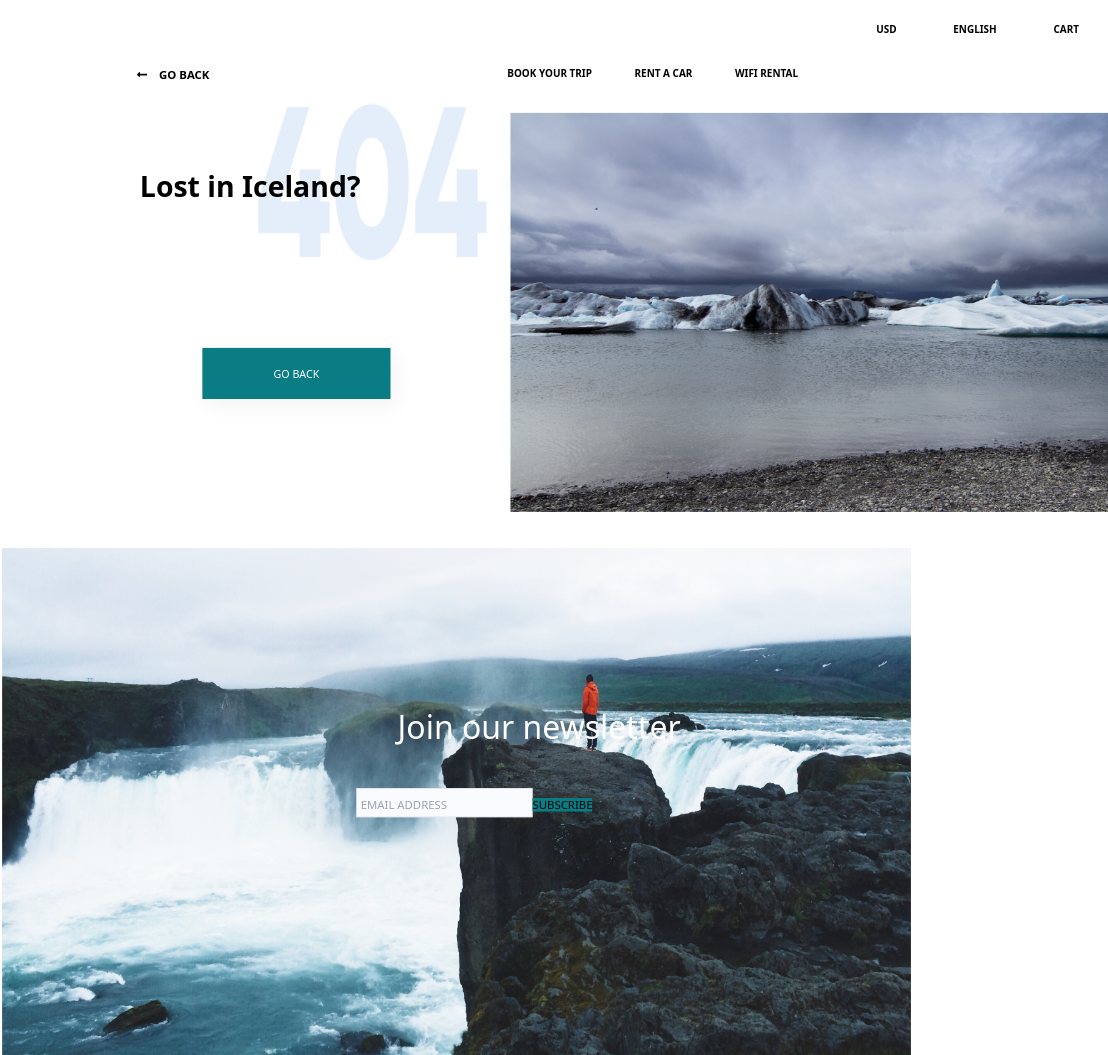
Repository: uh-sman/Iceland
Page: /
The author's editor kept a copy of each file at every save. The page is drawn from the files as they stood at one save, then again after the next save.
The browser window is 1280 px wide. The page is 1561 px wide, so the pictures cover 1561 px, including what lies to the right of the window. The pictures show the whole page, at 71% of full size.
The project was rebuilt for these pictures with package versions that can differ from the ones it lists, and the page was loaded fresh each time.

Above is the page before, as saved 2022-09-08 23:09:11.

After the next save:
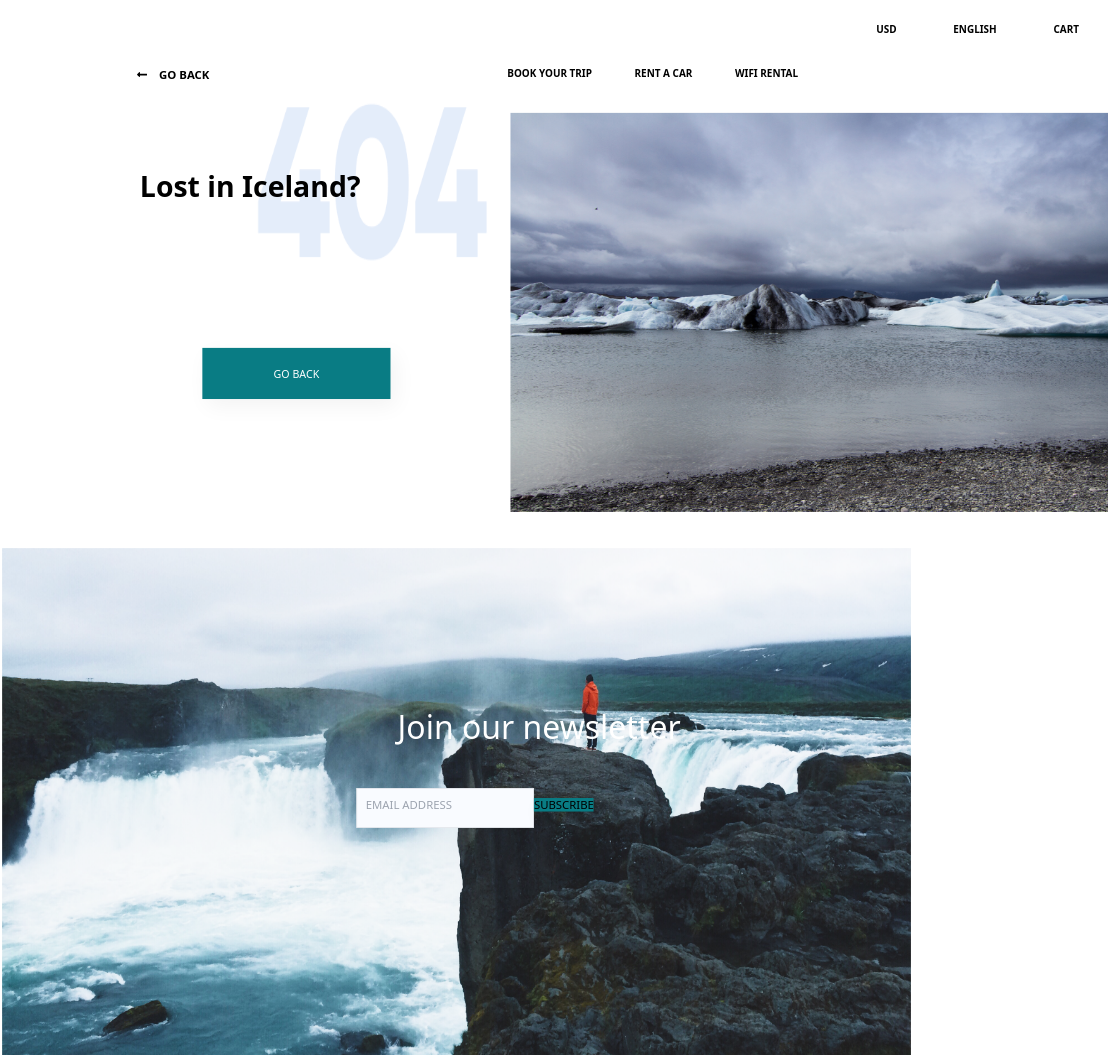
Saved 23 s later.
--- a/src/App.css
+++ b/src/App.css
@@ -9,7 +9,7 @@
   line-height: 18.57px;
 }
 .button {
-  padding: 10px 10px 5px 5px;
+  padding: 10px 5px 20px 12px;
   background: #f9fbff;
   border: 1px solid #e1e3e9;
 }
